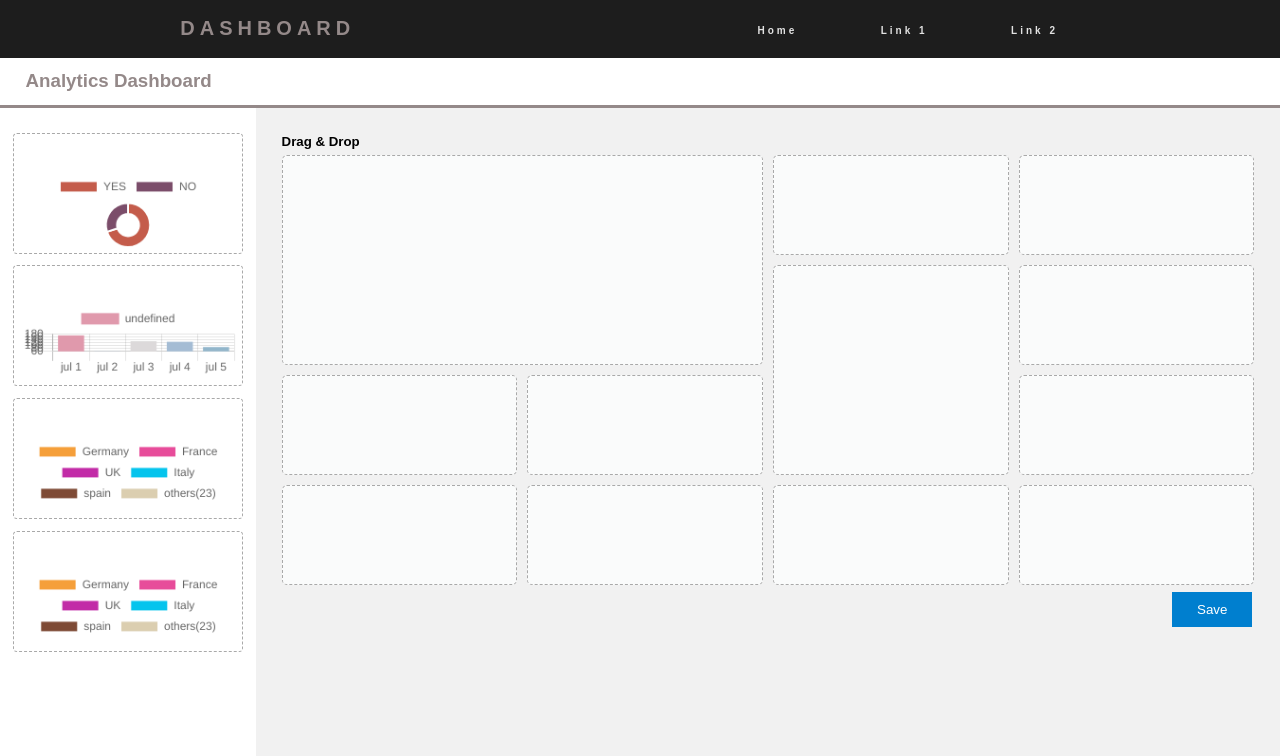
Repository: nourabdelhakam/drag-drop
Page: index.html
These files come from the project's save history. The page is drawn as it stood at one moment and after the next save; the edit follows.
The browser window is 1280 px wide. The pictures show the whole page.
Some web libraries are served in a nearby version.

Above is the page before, as saved 2020-07-05 20:36:28.

### index.html
<!DOCTYPE html>
<html lang="en">
<head>
    <meta charset="UTF-8">
    <meta name="viewport" content="width=device-width, initial-scale=1.0">
    <meta http-equiv="X-UA-Compatible" content="ie=edge">
    <title>Drag & Drop</title>

    <script src="https://cdn.jsdelivr.net/npm/chart.js@2.8.0"></script>

    <link rel="stylesheet" href="nav/nav.css">
    <link rel="stylesheet" href="css/main.css">
</head>
<body>

    <!-- <nav> -->
        <nav>
            <div class="logo">
                <h4>Dashboard</h4>
            </div>
            <ul class="nav-links">
                <li><a href="">Home</a></li>
                <li><a href="">Link 1</a></li>
                <li><a href="">Link 2</a></li>
            </ul>
            <div class="burger">
                <div class="line1"></div>
                <div class="line2"></div>
                <div class="line3"></div>
            </div>
        </nav>
      <!-- </nav> end of nav -->

      <section>
          <h3>Analytics Dashboard</h3>
          <div class="container">
            <div class="left">
                <div class="list" id="chartList">

                </div>
              </div>
              <div class="right">
                  <h5>Drag & Drop</h5>
                  <div class="wrapper" id="wrapper">
                    <div class="list" id="spot-1"></div>
                    <div class="list" id="spot-2"></div>
                    <div class="list" id="spot-3"></div>
                    <div class="list" id="spot-4"></div>
                    <div class="list" id="spot-5"></div>
                    <div class="list" id="spot-6"></div>
                    <div class="list" id="spot-7"></div>
                    <div class="list" id="spot-8"></div>
                    <div class="list" id="spot-9"></div>
                    <div class="list" id="spot-10"></div>
                    <div class="list" id="spot-11"></div>
                    <div class="list" id="spot-12"></div>
                  </div>
                  <button class="btn" id="saveBtn">Save</button>
                  <button class="btn"  id="tempBtn"  style="display: none;">Template</button>
              </div>
              <div id="preview" class="wrapper">

              </div>
          </div>
      </section>

      <script  src="chartData.js"></script>
      <script src="chart.js" type="text/javascript"></script>

    <script src="main.js" type="text/javascript"></script>
    <script src="nav/nav.js" type="text/javascript"></script>
</body>
</html>

### nav/nav.css
nav {
    display: flex;
    justify-content: space-around;
    align-items: center;
    min-height: 8vh;
    background-color: #1D1D1D;
    font-family: "Poppins", sans-serif;
}
.logo {
    color: rgb(226, 226, 226);
    text-transform: uppercase;
    letter-spacing: 5px;
    font-size: 20px;
}
.nav-links {
    display: flex;
    justify-content: space-around;
    width: 30%;
}
.nav-links li {
    list-style: none;
}
.nav-links a {
    color: rgb(226, 226, 226);
    text-decoration: none;
    letter-spacing: 3px;
    font-weight: bold;
    font-size: 10px;
}
.burger {
    display: none;
    cursor: pointer;
}
.burger div {
    width: 25px;
    height: 3px;
    background-color: rgb(226, 226, 226);
    margin: 5px;
    transition: all 0.3s ease;
}


@media screen and (max-width:1024px) {
    .nav-links {
        width: 60%;
    }
}

@media screen and (max-width:768px) {

    body {
        overflow-x: hidden;
    }
    .nav-links {
        position: absolute;
        right: 0px;
        height: 92vh;
        top: 8vh;
        background-color: #1D1D1D;
        display: flex;
        flex-direction: column;
        align-items: center;
        width: 50%;
        transform: translatex(100%);
        transition: transform 0.5s ease-in;
    }
    .nav-links li {
        opacity: 0;
    }
    .burger {
        display: block;
    }
}

.nav-active {
    transform: translatex(0%);
}

@keyframes navLinkFade {
    from {
        opacity: 0;
        transform: translatex(50%);
    }
    to {
        opacity: 1;
        transform: translatex(0%);
    }
}

.toggle .line1 {
    transform: rotate(-45deg) translate(-5px, 6px);
}
.toggle .line2 {
    opacity: 0;
}
.toggle .line3 {
    transform: rotate(45deg) translate(-5px, -6px);
}

.landing {
    height: 90vh;
    display: flex;
    justify-content: center;
    align-items: center;
}
.landing h1 {
    margin: 100px;
    font-size: 50px;
    color: #ae5fce;
}

### css/main.css
* {
    margin: 0;
    padding: 0;
    box-sizing: border-box;
}
body {
    font-family: Arial, Helvetica, sans-serif;
}
h3, h4, a {
    color: rgb(148, 137, 137);
}
h3 {
    padding: 1% 2%;
}
h5 {
    margin-bottom: .5em;
}
.container {
    border-top: 3px solid rgb(148, 137, 137);
}
.left {
    width: 20%;
    height: 90vh;
    float: left;
    padding: 1%;
    overflow:hidden;
    overflow-y:scroll;
}
.right {
    width: 80%;
    height: 90vh;
    float: left;
    padding: 2%;
    background-color: #F1F1F1;
}

.list-item {
    /* background-color: #F3F3F3; */
    border-radius: 4px;
    border: 1px dashed darkgrey;
    padding: 5px 5px;
    text-align: center;
    margin: 5% 0;
    /* height: 100%;
    width: 100%; */
    cursor: pointer;
}
canvas {
    height: 100%;
    width: 100%;
}

.wrapper > div {
    border: 1px dashed darkgrey;
    border-radius: 5px;
    background-color: #FAFBFB;
    /* resize: both;
    overflow: auto; */
}
.wrapper {
  display: grid;
  grid-template-columns: repeat(4, 1fr);
  grid-auto-rows: 100px;
  grid-gap: 10px;
}
 .wrapper div:nth-child(2) {
   grid-column: 3;
   grid-row: 2 / 4;
}
 .wrapper div:nth-child(5) {
   grid-column: 1 / 3;
   grid-row: 1 / 3;
}
/* .plus-button {
	border: 2px solid lightgrey;
	background-color: #fff;
	font-size: 16px;
	height: 2.5em;
	width: 2.5em;
	border-radius: 999px;
    position: relative;

}

.plus-button:after,
.plus-button:before {
		content: "";
		display: block;
		background-color: grey;
		position: absolute;
		top: 50%;
		left: 50%;
        transform: translate(-50%, -50%);

	}

	.plus-button:before {
		height: 1em;
		width: 0.2em;
	}

	.plus-button:after {
		height: 0.2em;
		width: 1em;
	}


.plus-button--small {
	font-size: 12px;
} */
.btn {
    background-color: #007FCF;
    border: none;
    color: white;
    padding: 10px 25px;
    text-align: center;
    text-decoration: none;
    display: inline-block;
    margin: 7px 2px;
    cursor: pointer;
    float: right;

}

### chartData.js
 chartData={
    chart1 : {
        id: 1,
        data : [70, 30],
        colors : ['#C45C4B', '#7B4D6A'],
        labels : ['YES', 'NO'],
        type : 'doughnut'
    },
    chart2 : {
        id: 2,
        labels : ['jul 1', 'jul 2', 'jul 3', 'jul 4', 'jul 5'],
        data : [170, 60.5, 130, 126.3, 90],
        colors : ['#E099AC', '#A4BCD3', '#DCD9DA', '#A4BCD4', '#92B6CB'],
        type: 'bar'
    },
    chart3 : {
        id: 3,
        labels : ['Germany', 'France', 'UK', 'Italy', 'spain', 'others(23)'],
        data : [50, 20, 30, 83, 77, 88],
        colors : ['#F59F3A', '#E74C9A', '#C22BA7', '#05C4ED', '#7e4a35', '#dbceb0'],
        type: 'pie'
    },
    chart4 : {
        id: 4,
        labels : ['Germany', 'France', 'UK', 'Italy', 'spain', 'others(23)'],
        data : [50, 20, 30, 83, 77, 88],
        colors : ['#F59F3A', '#E74C9A', '#C22BA7', '#05C4ED', '#7e4a35', '#dbceb0'],
        type: 'pie'
    },

}

exports = chartData

### chart.js
function draw(pos, chart, type) {
  var el = document.getElementById(pos);
  console.log(chart);

  var canvas = document.createElement("canvas");
  canvas.className = "list-item";
  canvas.setAttribute("draggable", "true");
  canvas.setAttribute("data-chart", JSON.stringify(chart));

  canvas.id = type + chart.id+'-'+pos;
  el.appendChild(canvas);
  console.log(canvas);
  c = document.getElementById(type + chart.id+'-'+pos).getContext("2d");
  new Chart(c, {
    type: chart.type,
    data: {
      labels: chart.labels,
      datasets: [
        {
          data: chart.data,
          backgroundColor: chart.colors,
        },
      ],
    },
    options: {
      title: {
        Text: "Do you like doughnuts?",
        display: true,
      },
    },
  });
}

exports = draw;

// let myChart1 = document.getElementById("myChart").getContext('2d');
let chartWrapper = document.getElementById("chartList");
console.log(chartWrapper);

for (let chart in chartData) {
  console.log(chartWrapper);

  draw(chartWrapper.id, chartData[chart],'chatLib-');
}


// let labels3 = ['Running', 'Cycling', 'Sleeping', 'Designing', 'Drinking'];

// let myChart3 = document.getElementById("myChart3").getContext('2d');

// let chart3 = new Chart(myChart3, {
//     type: 'radar',
//     data: {
//         labels: labels3,
//         datasets: [
//             {
//                 label: 'champ 1',
//                 fill: true,
//                 backgroundColor: "rgba(179, 181, 198, 0,2)",
//                 borderColor: "rgba(179, 181, 198, 1)",
//                 pointBorderColor: "#fff",
//                 pointBackgroundColor: "rgba(179, 181, 198, 1)",
//                 data: [50, 12, 55, 7, 29]
//             },
//             {
//                 label: 'champ 2',
//                 fill: true,
//                 backgroundColor: "rgba(355, 99, 132, 0,2)",
//                 borderColor: "rgba(355, 99, 132, 1)",
//                 pointBorderColor: "#fff",
//                 pointBackgroundColor: "rgba(355, 99, 132, 1)",
//                 data: [33, 14, 58, 9, 99]
//             },
//         ]
//     },
//     options: {
//         title: {
//             Text: "Skills",
//             display: true
//         }
//     }
// });



// '#E099AC', '#A4BCD3', '#DCD9DA', '#A4BCD4', '#92B6CB'
// let labels4 = ['jan', 'feb', 'mar', 'apr', 'may', 'jun'];

// let myChart4 = document.getElementById("myChart4").getContext('2d');
// let chart4 = new Chart(myChart4, {
//     type: 'line',
//     data: {
//         labels: labels4,
//         datasets: [
//             {
//                 label: "My First dataset",
//                 fillColor: "rgba(220,220,220,0.2)",
//                 strokeColor: "#C45C4B",
//                 pointColor: "#C45C4B",
//                 pointStrokeColor: "#C45C4B",
//                 pointHighlightFill: "#C45C4Bss",
//                 pointHighlightStroke: "rgba(220,220,220,1)",
//                 data: [65, 59, 80, 81, 16, 55, 40]
//             },
//             {
//                 label: "My Second dataset",
//                 fillColor: "rgba(151,187,205,0.2)",
//                 strokeColor: "rgba(151,187,205,1)",
//                 pointColor: "#EA8971",
//                 pointStrokeColor: "#fff",
//                 pointHighlightFill: "#fff",
//                 pointHighlightStroke: "rgba(151,187,205,1)",
//                 data: [28, 48, 40, 19, 86, 27, 90]
//             }
//         ]
//     },
//     options: {
//         scales: {
//             yAxes: [{
//                 stacked: true
//             }]
//         }
//     }
// });

### main.js
const list_items = document.querySelectorAll(".list-item");
const lists = document.querySelectorAll(".list");
var cantAccess = false;
// //localStorage
var wrapper = document.getElementById('wrapper');
const saveBtn = document.getElementById("saveBtn");
const tempPreview = document.getElementById('tempPreview');
const tempBtn =  document.getElementById('tempBtn');
const previewDiv = document.getElementById('preview');
var dragged = null;
var draggedData= null;
var templateList=[];
(function() {
	var temp = JSON.parse(localStorage.getItem('template'));
	if(temp!= null){
		templateList = temp;

		for( chart in templateList){
			draw(templateList[chart].pos,templateList[chart].data,'chartTemplate-')
		}


	}

 })();
saveBtn.addEventListener("click", function () {
  var template = localStorage.getItem("template");
  console.log(template);

  if (template)
    var c = confirm("There is a saved template, Do you want to overwrite it?");


  if (c == true || !template) {

	let itemsArray = JSON.stringify(templateList);
	localStorage.setItem("template", itemsArray);
	tempBtn.style.display = "block"

	// tempPreview.innerHTML = wrapper;
  }
});



 tempBtn.addEventListener('click',function(){
	itemsArray = JSON.parse(localStorage.getItem('template'));
	previewDiv.innerHTML = itemsArray;
})

// tempPreview.addEventListener('click',function(){
// 	itemsArray = JSON.parse(localStorage.getItem('template'));
// 	 wrapper.innerHTML = itemsArray ;
// })

// const data = JSON.parse(localStorage.getItem('items'))
// //localStorage

let draggedItem = null;

for (let i = 0; i < list_items.length; i++) {
  const item = list_items[i];
  console.log(item.id);
  item.addEventListener("dragstart", function () {
    draggedItem = item;
    console.log(cantAccess);
	dragged = item.id;
	draggedData =JSON.parse(item.dataset.chart);

    setTimeout(function () {
      item.style.display = "none";
	}, 0);
	cantAccess = false
  });

  item.addEventListener("dragend", function () {
    setTimeout(function () {
      draggedItem.style.display = "block";
      draggedItem.style.padding = "0";
      draggedItem.style.margin = "0";
      draggedItem.style.height = "100%";
      draggedItem.style.width = "100%";
      draggedItem = null;
	}, 0);
	cantAccess = false;
  });
}
  for (let j = 0; j < lists.length; j++) {
    const list = lists[j];

    list.addEventListener("dragover", function (e) {
	  e.preventDefault();
	  console.log(e.target.tagName);
	  console.log(cantAccess);

	  if(e.target.tagName == 'CANVAS'){
		  cantAccess = true;
	  }
    });

    list.addEventListener("dragenter", function (e) {
      e.preventDefault();
      this.style.backgroundColor = "#FFFFFF";
    });

    list.addEventListener("dragleave", function (e) {
	  this.style.backgroundColor = "#F9FDFF";
	  console.log(e.target.id	);
	  cantAccess = false;

    });

    list.addEventListener("drop", function (e) {
	  console.log("drop");
	  if(cantAccess)
		return false;
	  i = {
		  id:dragged,
		  pos:e.toElement.id,
		  data: draggedData
	  }
	  var result = templateList.filter(obj => {
		return obj.pos === e.toElement.id
	  })
	  console.log(e.toElement.id);

	  console.log('templateList:'+result);
	  setTimeout(function(){
	  if (result.length == 0){
		  console.log('empty');
		  console.log(i);

		  templateList.push(i);
		  console.log('templalist: '+templateList);
		draw(e.toElement.id,draggedData,'chartTemplate-')

		}},100);

		cantAccess = false
    //   this.append(draggedItem);
	  this.style.backgroundColor = "#FFFFFF";
    });
  }

### nav/nav.js
const navSlide = () => {
    const burger = document.querySelector('.burger');
    const nav = document.querySelector('.nav-links');
    const navLinks = document.querySelectorAll('.nav-links li');


    burger.addEventListener('click', () => {

        //Toggle Nav
        nav.classList.toggle('nav-active');

        //Animate Links
        navLinks.forEach((link, index) => {

            if (link.style.animation) {
                link.style.animation = '';
            } else {
                link.style.animation = `navLinkFade 0.5s ease forwards ${index / 7 + 0.3}s`;
            }

        });

        //Burger Animation
        burger.classList.toggle('toggle');
    });

}

navSlide();

After the next save:
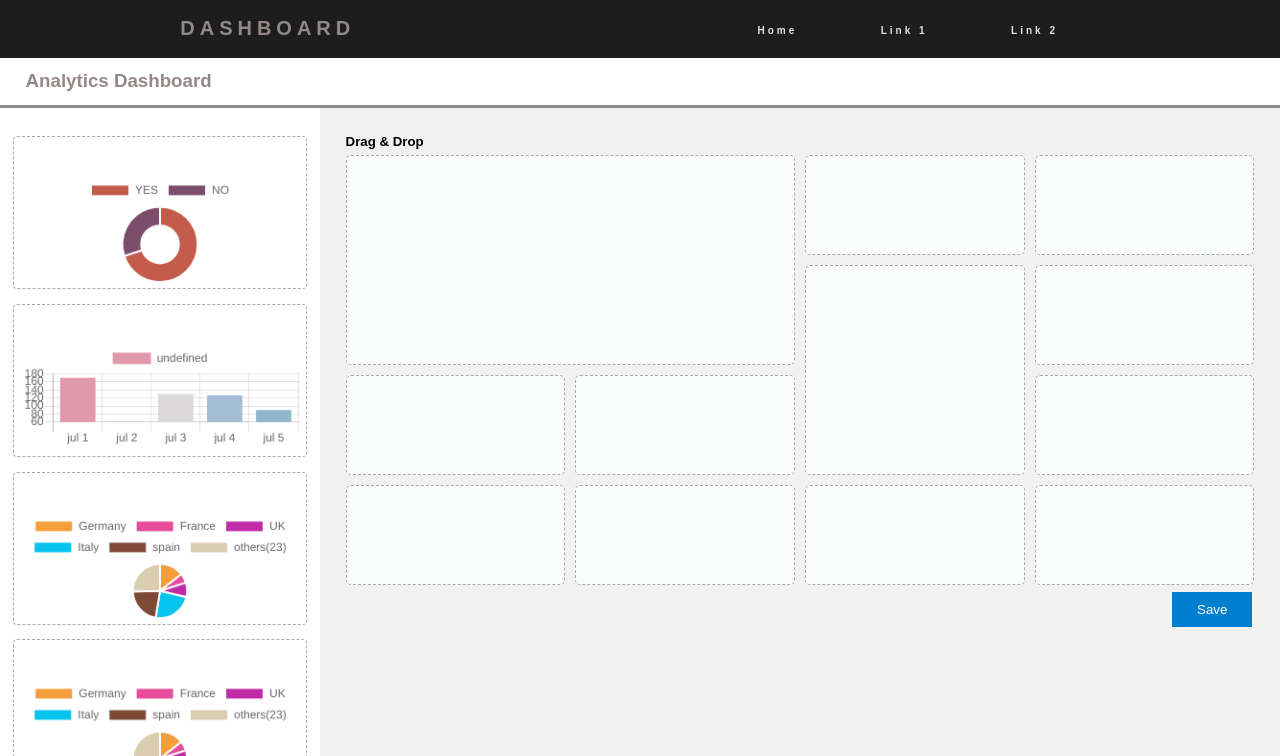
Saved 52 s later.
--- a/css/main.css
+++ b/css/main.css
@@ -19,7 +19,7 @@ h5 {
     border-top: 3px solid rgb(148, 137, 137);
 }
 .left {
-    width: 20%;
+    width: 25%;
     height: 90vh;
     float: left;
     padding: 1%;
@@ -27,7 +27,7 @@ h5 {
     overflow-y:scroll;
 }
 .right {
-    width: 80%;
+    width: 75%;
     height: 90vh;
     float: left;
     padding: 2%;
